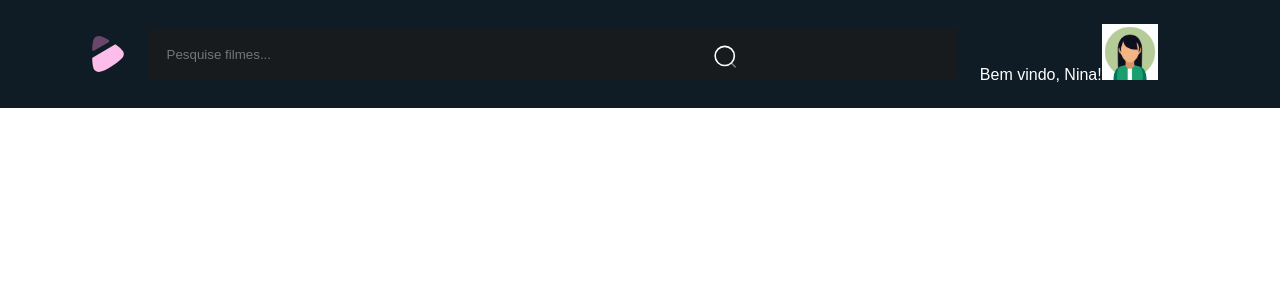
Repository: MilenaMelo/Cubos-Flix
Page: / (app in cubos-flix/)
These files come from the project's save history. The page is drawn as it stood at one moment and after the next save; the edit follows.
The browser window is 1280 px wide. The pictures show the whole page.
The project was rebuilt for these pictures with package versions that can differ from the ones it lists, and the page was loaded fresh each time.

Above is the page before, as saved 2021-06-19 13:17:01.

### cubos-flix/public/index.html
<!DOCTYPE html>
<html lang="en">
  <head>
    <meta charset="utf-8" />
    <link rel="icon" href="%PUBLIC_URL%/favicon.ico" />
    <meta name="viewport" content="width=device-width, initial-scale=1" />
    <meta name="theme-color" content="#000000" />
    <meta
      name="description"
      content="Web site created using create-react-app"
    />
    <link rel="apple-touch-icon" href="%PUBLIC_URL%/logo192.png" />
    <link rel="manifest" href="%PUBLIC_URL%/manifest.json" />
    <title>Cubos Flix</title>
  </head>
  <body>
    <noscript>You need to enable JavaScript to run this app.</noscript>
    <div id="root"></div>

  </body>
</html>

### cubos-flix/src/App.js
import './App.css';
import Navbar from './components/Navbar';

function App() {
  return (
    <div className="app">
      <header>
        <Navbar/>
      </header>
    </div>
  );
}

export default App;

### cubos-flix/src/App.css
* {
    margin: 0px;
    font-family: Manrope, sans-serif;
    color: white;
}

.app {
    background-color: #1d2226;
}

### cubos-flix/src/components/Navbar/index.js
import './style.css'
import logo from '../../assets/images/logo.svg'
import search_icon from '../../assets/images/search-icon.svg'
import profile_img from '../../assets/images/profile.jpg'


function Navbar() {
    return (
        <header className='navbar'>
            <img src={logo} alt="logo"/>
            <div className='search-container'>
                <input className='search-input' type="text" name="Pesquisa" placeholder="Pesquise filmes..."/>
                <img className='search-img' src={search_icon} alt="Input de pesquisa"/>
            </div>
            <div className='profile-container'>
                <span>Bem vindo, Nina!</span>
                <img className='profile-img' src={profile_img} alt="Foto de perfil"/>
            </div>
        </header>
    );
}

export default Navbar;

### cubos-flix/src/components/Navbar/style.css
.navbar {
    display: flex;
    align-items: center;
    justify-content: space-evenly;
    padding: 24px 100px 24px 70px;
    color: #fdfdfd;
    background: #0f1c26;
}

.search-container {
    padding: 14px 16px;
}

.search-container, .search-input {
    width: 70%;
    outline: 0;
    background: #171b1e;
    border: 1px solid transparent;
}

.search-img {
    width: 24px;
    height: 24px;
    cursor: pointer;
    position: absolute;
}

.profile-img {
    height: 56px;
}

Loaded but not shown: cubos-flix/src/index.js (common file)

After the next save:
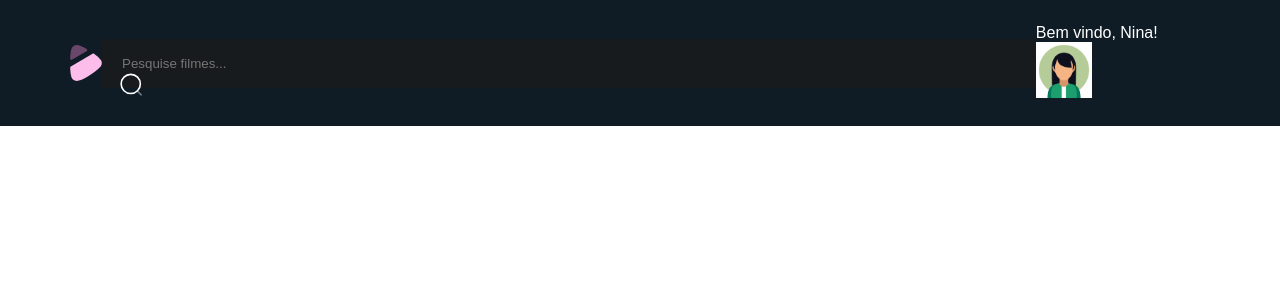
Saved 21 s later.
--- a/cubos-flix/src/components/Navbar/style.css
+++ b/cubos-flix/src/components/Navbar/style.css
@@ -12,7 +12,7 @@
 }
 
 .search-container, .search-input {
-    width: 70%;
+    width: 100%;
     outline: 0;
     background: #171b1e;
     border: 1px solid transparent;
